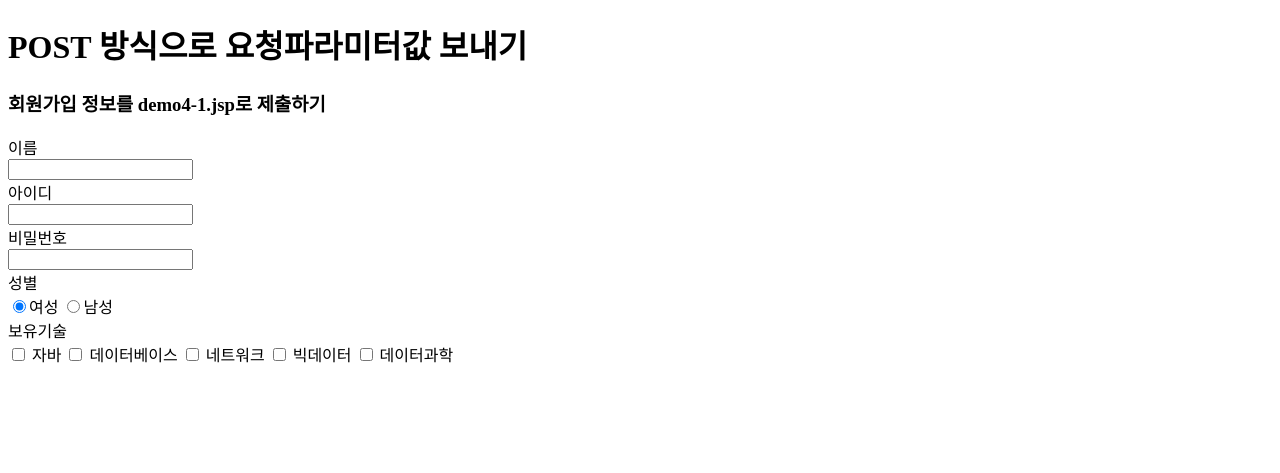
Repository: onuo77/ja_HTA
Page: http://localhost/sample/req/demo4.jsp
The author's editor kept a copy of each file at every save. The page is drawn from the files as they stood at one save, then again after the next save.
The browser window is 1280 px wide. The pictures show the whole page.
The page is served by Tomcat 9.

Above is the page before, as saved 2021-05-20 06:14:15.

After the next save:
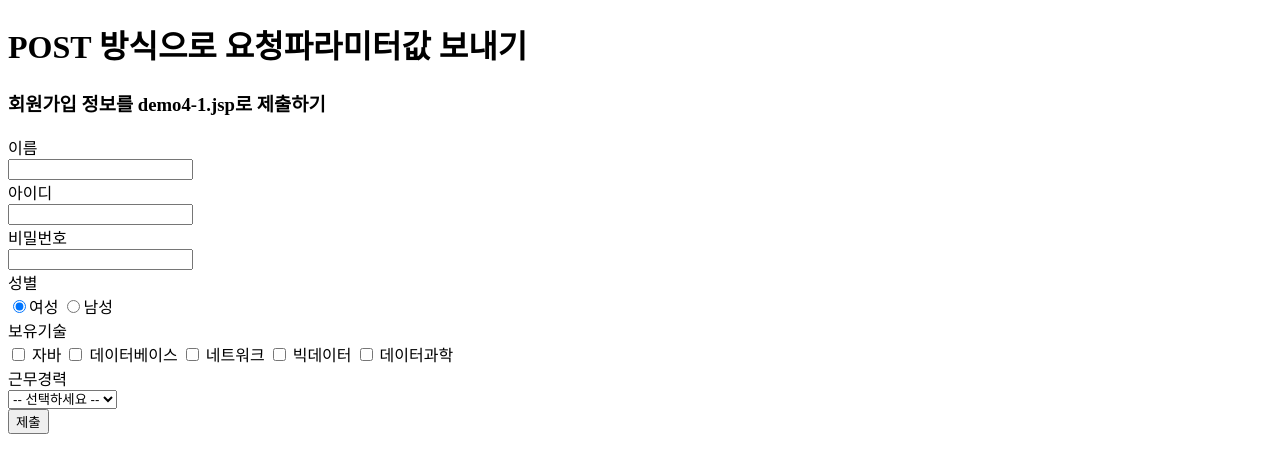
Saved 2 min 55 s later.
--- a/java-web/sample/src/main/webapp/req/demo4.jsp
+++ b/java-web/sample/src/main/webapp/req/demo4.jsp
@@ -34,7 +34,15 @@
 	 	<input type="checkbox" name="skill" value="net"/> 네트워크
 	 	<input type="checkbox" name="skill" value="big"/> 빅데이터
 	 	<input type="checkbox" name="skill" value="data"/> 데이터과학<br/>
-
+	 	근무경력<br/>
+	 	<select name="year">
+	 		<option value="">-- 선택하세요 --</option>
+	 		<option value="1">1년 이상</option>
+	 		<option value="3">3년 이상</option>
+	 		<option value="5">5년 이상</option>
+	 		<option value="7">7년 이상</option>
+	 	</select><br/>
+	 	<button type="submit">제출</button>
 	 </form>
 </body>
 </html>
